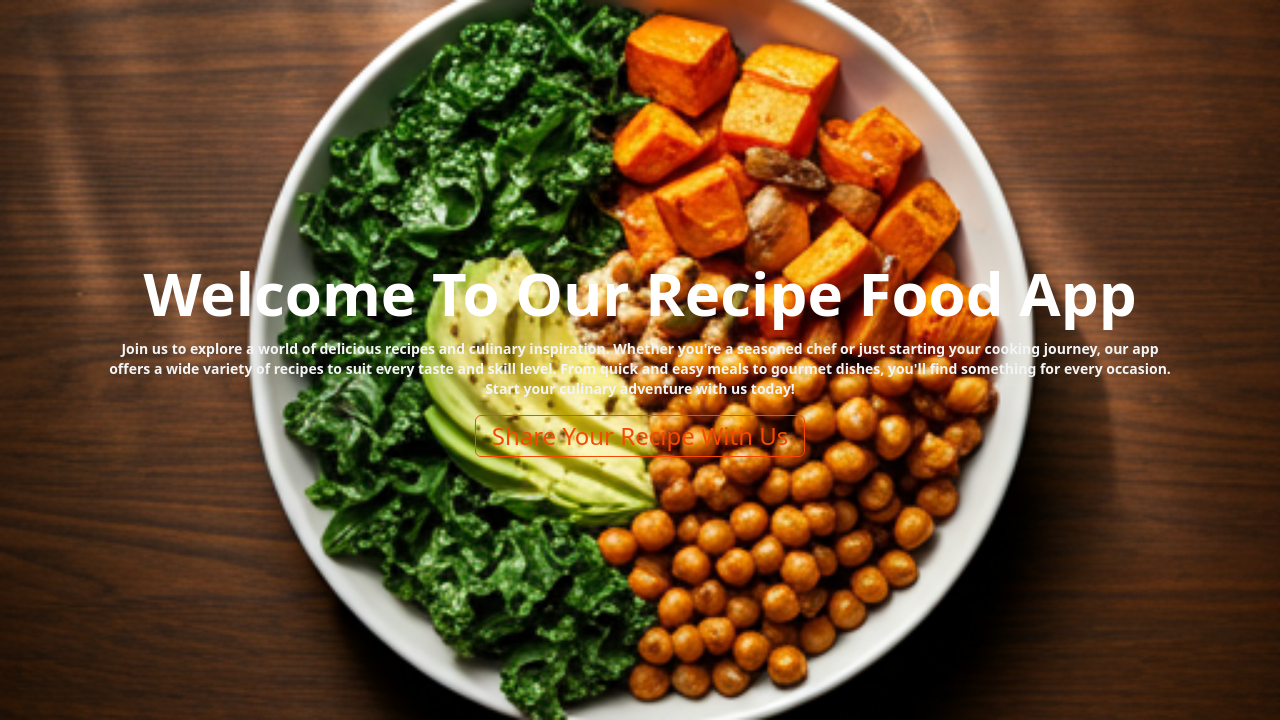
Repository: Eslam0Mohamed/mern-recipe-app
Page: / (app in FrontEnd/)
The author's editor kept a copy of each file at every save. The page is drawn from the files as they stood at one save, then again after the next save.
The browser window is 1280 px wide. The pictures show the whole page.
The project was rebuilt for these pictures with package versions that can differ from the ones it lists, and the page was loaded fresh each time. Also part of the build but not shown: FrontEnd/vite.config.js.

Above is the page before, as saved 2026-05-07 18:21:33.

### FrontEnd/src/index.css
@import "tailwindcss";
  .container{
    @apply mx-auto w-10/12
}
@theme{
  --color-tertiary:"#F9F7F2"
}

### FrontEnd/src/App.jsx
import React from 'react'
import Home from './pages/Home'
import { createBrowserRouter } from 'react-router-dom'

const App = () => {
  const router = createBrowserRouter([
    { path: '/', element: <Home />  },
    // { path: '/', element: <Contact />  },
    // { path: '/', element: <Home />  }
  ])
  return (
    <main>
      <Home />
    </main>
  )
}

export default App

### FrontEnd/src/pages/Home.jsx
import React from 'react'
import backgroundImage from "../assets/bg_2.png"
function Home() {
  return (
    <section style={{backgroundImage:`url(${backgroundImage})`,}} className={`bg-cover bg-tertiary h-screen bg-center flex items-center justify-center `}>
      <div className='left container flex flex-col gap-4 text-center justify-center items-center' >
        <h1 className='text-white text-6xl font-semibold'>Welcome To Our Recipe Food App</h1>
        <p className='text-md text-gray-100 font-semibold text-sm'> Join us to explore a world of delicious recipes and culinary inspiration. Whether you're a seasoned chef or just starting your cooking journey, our app offers a wide variety of recipes to suit every taste and skill level. From quick and easy meals to gourmet dishes, you'll find something for every occasion. Start your culinary adventure with us today!</p>
      <button className='w-fit outline-none px-4 py-1  text-2xl border cursor-pointer border-orange-600 hover:bg-orange-600 hover:text-white transition-colors duration-150 rounded-md text-orange-600 '>Share Your Recipe With Us</button>
      </div>
      {/* <div className='right'>
        <img src={""} alt="share your recipe" />
      </div> */}
      <div></div>
    </section>
  )
}

export default Home

Loaded but not shown: FrontEnd/src/main.jsx (common file)

After the next save:
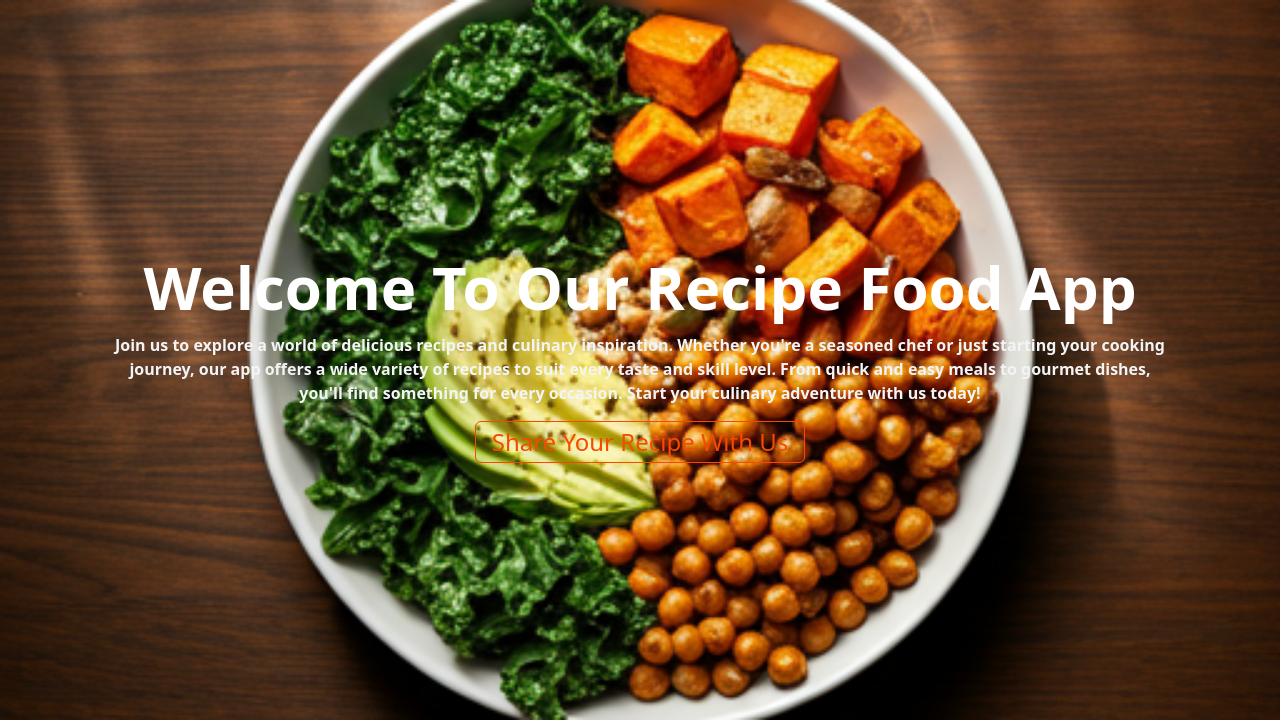
Saved 13 s later.
--- a/FrontEnd/src/pages/Home.jsx
+++ b/FrontEnd/src/pages/Home.jsx
@@ -5,7 +5,7 @@ function Home() {
     <section style={{backgroundImage:`url(${backgroundImage})`,}} className={`bg-cover bg-tertiary h-screen bg-center flex items-center justify-center `}>
       <div className='left container flex flex-col gap-4 text-center justify-center items-center' >
         <h1 className='text-white text-6xl font-semibold'>Welcome To Our Recipe Food App</h1>
-        <p className='text-md text-gray-100 font-semibold text-sm'> Join us to explore a world of delicious recipes and culinary inspiration. Whether you're a seasoned chef or just starting your cooking journey, our app offers a wide variety of recipes to suit every taste and skill level. From quick and easy meals to gourmet dishes, you'll find something for every occasion. Start your culinary adventure with us today!</p>
+        <p className='text-md text-gray-100 font-semibold text-md'> Join us to explore a world of delicious recipes and culinary inspiration. Whether you're a seasoned chef or just starting your cooking journey, our app offers a wide variety of recipes to suit every taste and skill level. From quick and easy meals to gourmet dishes, you'll find something for every occasion. Start your culinary adventure with us today!</p>
       <button className='w-fit outline-none px-4 py-1  text-2xl border cursor-pointer border-orange-600 hover:bg-orange-600 hover:text-white transition-colors duration-150 rounded-md text-orange-600 '>Share Your Recipe With Us</button>
       </div>
       {/* <div className='right'>
